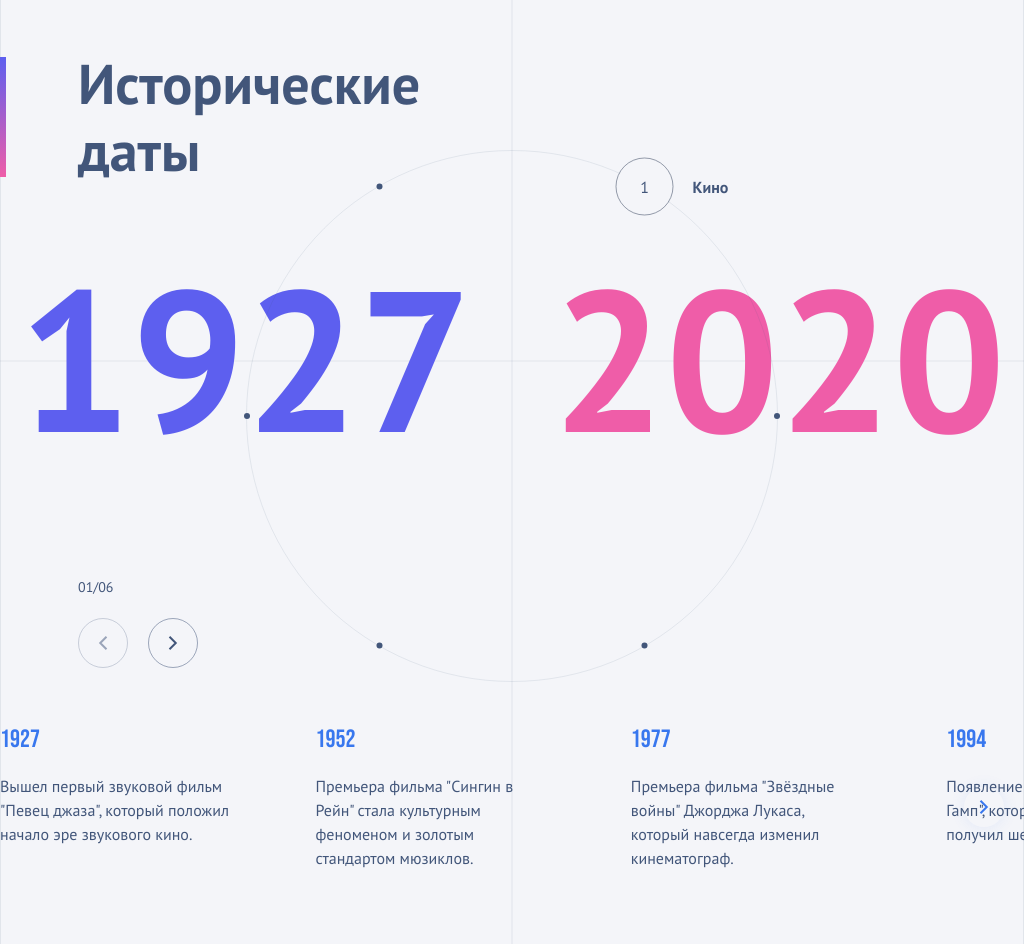
Repository: LenarTulupov/only
Page: /
These files come from the project's save history. The page is drawn as it stood at one moment and after a run of saves; the edit follows.
The browser window is 1024 px wide. The pictures show the whole page.
The project was rebuilt for these pictures with package versions that can differ from the ones it lists, and the page was loaded fresh each time.

Above is the page before, as saved 2024-12-18 13:40:43.

After the next 2 saves:
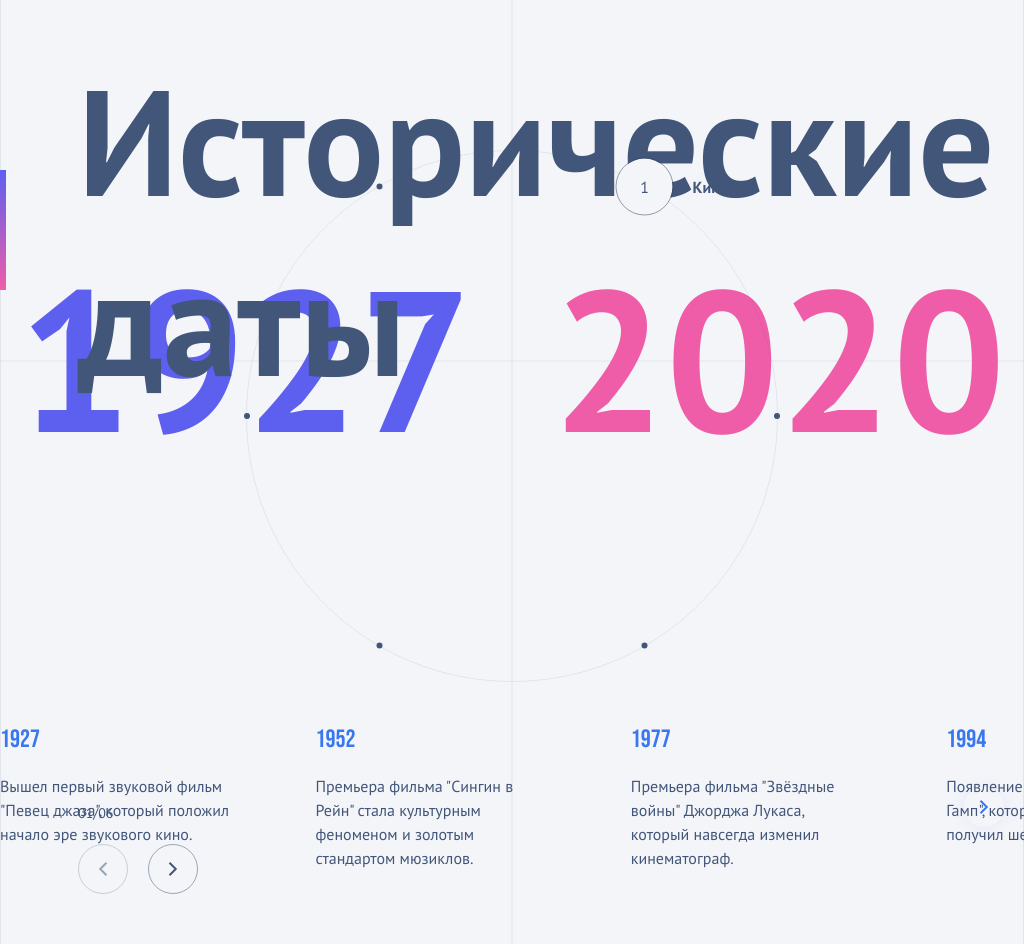
The 2 saves are shown as one change because they came seconds apart.
The last was saved 82 s later.
--- a/src/pages/home/history/history.module.scss
+++ b/src/pages/home/history/history.module.scss
@@ -41,4 +41,7 @@
   .circle {
     margin-top: 100px;
   }
+  .history__title {
+    font-size: 150px;
+  }
 }

After the save that followed:
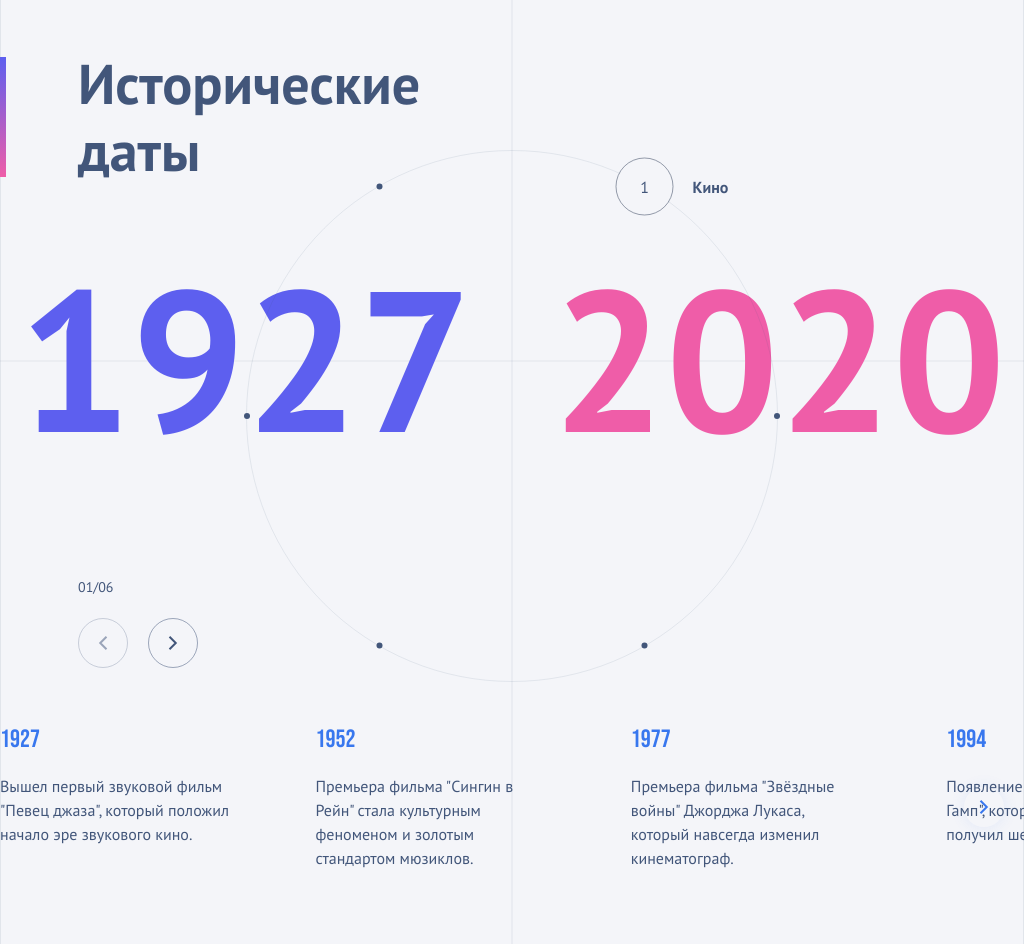
Saved 18 s later.
--- a/src/pages/home/history/history.module.scss
+++ b/src/pages/home/history/history.module.scss
@@ -41,7 +41,7 @@
   .circle {
     margin-top: 100px;
   }
-  .history__title {
+  .dates {
     font-size: 150px;
   }
 }
